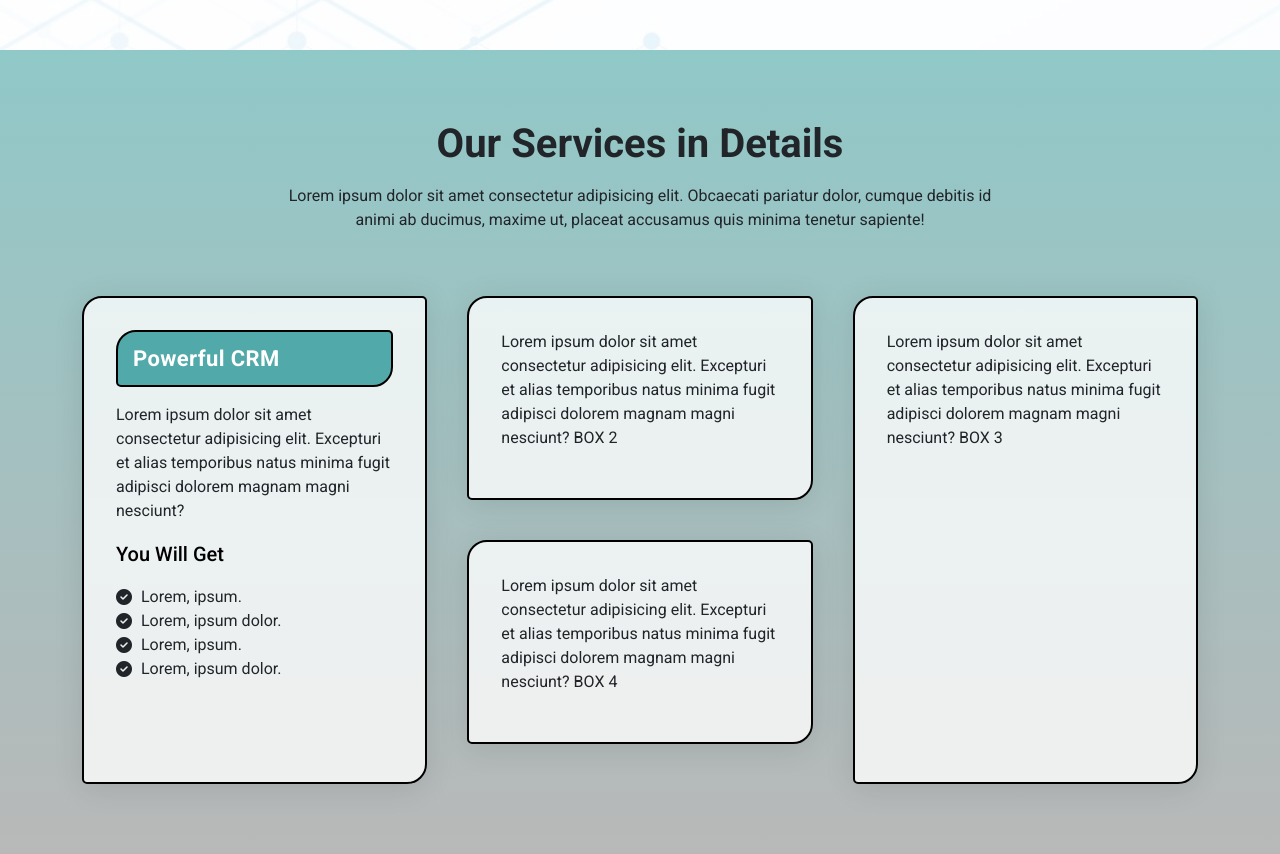
Repository: nazmulalok/landing-page-angelio
Page: index.html
The author's editor kept a copy of each file at every save. The page is drawn from the files as they stood at one save, then again after the next save.
The browser window is 1280 px wide. The pictures show the part of the page from y = 2012 to 2866 px (the page is 2866 px tall).
A picture or video elsewhere on the page could not be fetched, so the positions and the page height are approximate.

Above is the page before, as saved 2022-09-22 12:12:06.

### index.html
<!DOCTYPE html>
<html lang="en">

    <head>
        <meta charset="UTF-8">
        <meta http-equiv="X-UA-Compatible" content="IE=edge">
        <meta name="viewport" content="width=device-width, initial-scale=1.0">
        <title>Landing Page</title>
        <link rel="preconnect" href="https://fonts.googleapis.com">
        <link rel="preconnect" href="https://fonts.gstatic.com" crossorigin>
        <link rel="stylesheet" href="https://cdnjs.cloudflare.com/ajax/libs/font-awesome/6.2.0/css/all.min.css"
            integrity="sha512-xh6O/CkQoPOWDdYTDqeRdPCVd1SpvCA9XXcUnZS2FmJNp1coAFzvtCN9BmamE+4aHK8yyUHUSCcJHgXloTyT2A=="
            crossorigin="anonymous" referrerpolicy="no-referrer" />
        <link
            href="https://fonts.googleapis.com/css2?family=Roboto:ital,wght@0,300;0,400;0,500;0,700;0,900;1,300;1,400;1,500;1,700;1,900&display=swap"
            rel="stylesheet">
        <link href="https://cdn.jsdelivr.net/npm/bootstrap@5.2.0/dist/css/bootstrap.min.css" rel="stylesheet"
            integrity="sha384-gH2yIJqKdNHPEq0n4Mqa/HGKIhSkIHeL5AyhkYV8i59U5AR6csBvApHHNl/vI1Bx" crossorigin="anonymous">
        <link rel="stylesheet" href="style.css">
    </head>

    <body>
        <header>
            <nav>
                <div class="container">
                    <div class="row align-items-center">
                        <div class="col-lg-3">
                            <div class="logo">
                                <a href="/"><img src="images/angelio-logo.png" alt="Angelio Logo" width="250"
                                        height="66"></a>
                            </div>
                        </div>
                        <div class="col-lg-9 d-flex justify-content-end">
                            <ul>
                                <li><a href="/">Home</a></li>
                                <li><a href="/services.html">Services</a></li>
                                <li><a href="/about-us.html">About Us</a></li>
                                <li><a href="/contact.html">Contact</a></li>
                                <li class="nav-cta"><a href="tel:000-000-0000">Call Us</a></li>
                            </ul>
                        </div>
                    </div>
                </div>
            </nav>
        </header>
        <section class="sec-padding banner-sec">
            <div class="container">
                <div class="row align-items-center">
                    <div class="col-lg-7 order-lg-last">
                        <img src="images/angelio-digital-marketing.png" alt="">
                    </div>
                    <div class="col-lg-5">
                        <div class="large-heading">We Work in <span class="color-text">Digital</span> Way</div>
                        <p>Lorem, ipsum dolor sit amet consectetur adipisicing elit. Necessitatibus fuga alias deleniti
                            veniam at aspernatur.</p>
                        <div class="d-flex align-items-center mt-5"><a href="/contact-us" class="main-btn me-5">Get
                                Estimate</a>
                            <a href="/contact-us" class="play-btn"><i class="fas fa-play me-3"></i>Request Demo</a>
                        </div>
                    </div>
                </div>
            </div>
        </section>
        <section class="sec-padding">
            <div class="container">
                <div class="row justify-content-center">
                    <div class="col-md-8">
                        <div class="text-center">
                            <h1>
                                Our Best Digital Marketing Service
                            </h1>
                            <p>Lorem ipsum, dolor sit amet consectetur adipisicing elit. Placeat sunt
                                libero
                                tempore? Sed obcaecati a voluptate voluptates nam. Expedita, incidunt?</p>
                        </div>
                    </div>
                </div>
                <div class="row align-items-center mt-5">
                    <div class="col-lg-3">
                        <div class="service-box">
                            <div class="service-icon">
                                <img src="images/content-marketing.png" alt="Content Marketing">
                            </div>
                            <div class="service-content">
                                <a href="#">Content Marketing</a>
                                <p>Lorem ipsum dolor sit amet consectetur adipisicing elit. Fugiat, earum!</p>
                            </div>
                        </div>
                    </div>
                    <div class="col-lg-3">
                        <div class="service-box">
                            <div class="service-icon">
                                <img src="images/social-marketing.png" alt="Social Marketing">
                            </div>
                            <div class="service-content">
                                <a href="#">Social Marketing</a>
                                <p>Lorem ipsum dolor sit amet consectetur adipisicing elit. Fugiat, earum!</p>
                            </div>
                        </div>
                    </div>
                    <div class="col-lg-3">
                        <div class="service-box">
                            <div class="service-icon">
                                <img src="images/email-marketing.png" alt="Email Marketing">
                            </div>
                            <div class="service-content">
                                <a href="#">Email Marketing</a>
                                <p>Lorem ipsum dolor sit amet consectetur adipisicing elit. Fugiat, earum!</p>
                            </div>
                        </div>
                    </div>
                    <div class="col-lg-3">
                        <div class="service-box">
                            <div class="service-icon">
                                <img src="images/web-marketing.png" alt="Web Marketing">
                            </div>
                            <div class="service-content">
                                <a href="#">Web Marketing</a>
                                <p>Lorem ipsum dolor sit amet consectetur adipisicing elit. Fugiat, earum!</p>
                            </div>
                        </div>
                    </div>
                </div>
            </div>
        </section>
        <section class="sec-padding why-choose-sec">
            <div class="container">
                <div class="row align-items-center">
                    <div class="col-lg-6">
                        <div class="image-holder">
                            <img src="images/why-choose.jpg" alt="Why Choose Angelio">
                        </div>
                    </div>
                    <div class="col-lg-6">
                        <span class="arrow-text">Why Choose Us</span>
                        <h2>Why Working With <span class="color-text">ANGELIO</span>?</h2>
                        <p class="grey-color">Lorem ipsum dolor sit amet consectetur adipisicing elit. Quisquam
                            perspiciatis cupiditate atque ad labore laudantium ab hic, quaerat voluptas repellendus
                            aliquam. Maxime et recusandae nostrum cum labore, sint obcaecati doloremque.</p>
                        <div class="content-box d-flex align-items-center p-2 mb-3">
                            <img src="images/quality-lead.png" alt="Quality Lead">
                            <div class="ms-4">
                                <div class="content-heading">Quality Lead Generation</div>
                                <p class="grey-color mb-0">Lorem ipsum dolor sit amet consectetur adipisicing elit. Vel,
                                    distinctio
                                    delectus.
                                    Dicta distinctio obcaecati voluptatum.</p>
                            </div>
                        </div>
                        <div class="content-box d-flex align-items-center p-2 mb-3">
                            <img src="images/custom-web-design.png" alt="Custom Web Design">
                            <div class="ms-4">
                                <div class="content-heading">Custom Web Design</div>
                                <p class="grey-color mb-0">Lorem ipsum dolor sit amet consectetur adipisicing elit. Vel,
                                    distinctio
                                    delectus.
                                    Dicta distinctio obcaecati voluptatum.</p>
                            </div>
                        </div>
                        <div class="content-box d-flex align-items-center p-2 mb-3">
                            <img src="images/affordable-project-price.png" alt="Affordable Project Price">
                            <div class="ms-4">
                                <div class="content-heading">Affordable Project Price</div>
                                <p class="grey-color mb-0">Lorem ipsum dolor sit amet consectetur adipisicing elit. Vel,
                                    distinctio
                                    delectus.
                                    Dicta distinctio obcaecati voluptatum.</p>
                            </div>
                        </div>
                    </div>
                </div>
            </div>
        </section>
        <section class="sec-padding service-details-sec">
            <div class="container">
                <div class="row justify-content-center mb-5">
                    <div class="col-md-8">
                        <div class="text-center">
                            <h2>Our Services in Details</h2>
                            <p>Lorem ipsum dolor sit amet consectetur adipisicing elit. Obcaecati pariatur dolor, cumque
                                debitis id animi ab ducimus, maxime ut, placeat accusamus quis minima tenetur sapiente!
                            </p>
                        </div>
                    </div>
                </div>
                <div class="service-details-grid">
                    <div class="service-details-box main-service-card">
                        <div class="details-title">
                            Powerful CRM
                        </div>
                        <p>Lorem ipsum dolor sit amet consectetur adipisicing elit. Excepturi et alias temporibus natus
                            minima fugit adipisci dolorem magnam magni nesciunt?</p>
                        <div class="details-heading">
                            You Will Get
                        </div>
                        <ul class="check-list">
                            <li>Lorem, ipsum.</li>
                            <li>Lorem, ipsum dolor.</li>
                            <li>Lorem, ipsum.</li>
                            <li>Lorem, ipsum dolor.</li>
                        </ul>
                    </div>
                    <div class="service-details-box">

                        <p>Lorem ipsum dolor sit amet consectetur adipisicing elit. Excepturi et alias temporibus natus
                            minima fugit adipisci dolorem magnam magni nesciunt? BOX 2</p>
                    </div>
                    <div class="service-details-box main-service-card">

                        <p>Lorem ipsum dolor sit amet consectetur adipisicing elit. Excepturi et alias temporibus natus
                            minima fugit adipisci dolorem magnam magni nesciunt? BOX 3</p>
                    </div>
                    <div class="service-details-box">

                        <p>Lorem ipsum dolor sit amet consectetur adipisicing elit. Excepturi et alias temporibus natus
                            minima fugit adipisci dolorem magnam magni nesciunt? BOX 4</p>
                    </div>
                </div>
            </div>
        </section>


        <script src="https://cdn.jsdelivr.net/npm/bootstrap@5.2.0/dist/js/bootstrap.bundle.min.js"
            integrity="sha384-A3rJD856KowSb7dwlZdYEkO39Gagi7vIsF0jrRAoQmDKKtQBHUuLZ9AsSv4jD4Xa"
            crossorigin="anonymous"></script>
    </body>

</html>

### style.css
:root {
    --primary-color: #52a9a9;
    --secondary-color: #000000;
    --third-color: #575757d6;
    --main-font: 'Roboto', sans-serif;
}

body {
    font-family: var(--main-font);
}

nav {
    padding: 10px 0px;
    box-shadow: 0 1px 1px 1px #14477e2b;
}

nav ul {
    list-style-type: none;
    display: flex;
    justify-content: flex-end;
    margin: 0;
    padding: 0;
    align-items: center;
    gap: 20%;
    white-space: nowrap;
}

nav ul li a {
    color: #080808;
    text-decoration: none;
    display: block;
    position: relative;
    font-weight: 500;
    font-size: 17px;
}

nav ul li a:hover {
    color: #52a9a9;
}

li.nav-cta a {
    background: #008080ad;
    padding: 15px 40px;
    color: #fff;
    border-radius: 20px 5px;
    transition: all 0.3s ease;
}

li.nav-cta a:hover {
    background: #000;
    color: #fff;
    border-radius: 5px 20px;
    transition: all 0.3s ease;
}

li.nav-cta a:before {
    content: "";
    width: 0%;
    height: 0px;
    position: absolute;
    left: 0;
    bottom: 0;
    transition: none;
    transform: none;
    background: none;
    transform-origin: 0%;
}

li.nav-cta a:hover:before {
    transform: none;
    transform-origin: 0%;
}

nav ul li a:before {
    content: "";
    width: 100%;
    height: 2px;
    position: absolute;
    left: 0;
    bottom: 0;
    transition: 0.4s transform ease;
    transform: scale3d(0, 1, 1);
    background: #52a9a9;
    transform-origin: 100% 50%;
}

nav ul li a:hover::before {
    transform: scale3d(1, 1, 1);
    transform-origin: 0 50%;
}

.sec-padding {
    padding: 70px 0px;
}

.banner-sec {
    background-image: linear-gradient(rgb(82 169 169 / 5%), rgb(82 169 169 / 10%));
    background-size: cover;
    background-position: center;
}

.banner-sec img {
    width: 100%;
}

.large-heading {
    font-size: 80px;
    color: #000;
    font-weight: 600;
    letter-spacing: 0.8px;
    line-height: normal;
    margin-bottom: 25px;
}

.banner-sec p {
    font-size: 18px;
}

.color-text {
    color: var(--primary-color);
}

a.main-btn {
    color: #fff;
    background: #52a9a9;
    padding: 15px 40px;
    font-weight: 500;
    font-size: 18px;
    text-decoration: none;
    border-radius: 20px 5px;
    transition: all 0.3s ease;
}

a.main-btn:hover {
    background: #000;
    color: #fff;
    border-radius: 5px 20px;
    transition: all 0.3s ease;
}

a.play-btn {
    display: inline-flex;
    align-items: center;
    justify-content: center;
    color: #000;
    text-decoration: none;
    font-weight: 500;
    font-size: 18px;
}

.play-btn .fa-play {
    width: 40px;
    height: 40px;
    color: #fff;
    font-size: 20px;
    background: #000;
    display: inline-flex;
    align-items: center;
    justify-content: center;
    border-radius: 50%;
    transition: all 0.3s ease;
}

.play-btn:hover i {
    background: var(--primary-color);
}

/* Headings */

h1 {
    font-size: 44px;
}

h2 {
    font-size: 40px;
}

h3 {
    font-size: 36px;
}

h4 {
    font-size: 32px;
}

h5 {
    font-size: 28px;
}

h6 {
    font-size: 24px;
}

h1,
h2,
h3,
h4,
h5,
h6 {
    margin-bottom: 1rem;
    font-weight: 700;
}

/* Service Box */

.service-box {
    position: relative;
    background: rgb(197 214 214 / 20%);
    padding: 40px 30px;
    box-shadow: 0px -6px 10px white, 0px 4px 15px rgb(0 0 0 / 27%);
    border: 1px solid #00000030;
    border-radius: 5px;
}

.service-box:after {
    position: absolute;
    content: "";
    height: 20%;
    width: 20%;
    bottom: 5px;
    right: 5px;
    border-bottom-right-radius: 5px;
    border-bottom: 5px solid var(--primary-color);
    border-right: 5px solid var(--primary-color);
    transition: all 1s ease;
}

.service-box:hover:after {
    height: 30%;
    width: 30%;
    bottom: 5px;
    right: 5px;
    border-bottom-right-radius: 5px;
    border-bottom: 5px solid var(--primary-color);
    border-right: 5px solid var(--primary-color);
    transition: all 1s ease;
}

.service-box .service-icon {
    width: 80px;
    height: 80px;
    margin-bottom: 10px;
}

.service-box .service-icon img {
    width: 65px;
}

.service-box .service-content a {
    display: inline-block;
    color: #000;
    font-size: 20px;
    font-weight: 600;
    text-decoration: none;
    margin-bottom: 8px;
}

.service-box:hover .service-content a {
    color: var(--primary-color);
}

.service-box .service-content p {
    color: var(--third-color);
}

/* Why Choose Section */

.why-choose-sec {
    background-image: linear-gradient(to right, rgb(255 255 255 / 75%), rgb(255 255 255 / 75%)), url(images/why-choose-bg.jpg);
    background-repeat: no-repeat;
    background-size: cover;
}

span.arrow-text {
    display: inline-block;
    font-size: 25px;
    color: var(--primary-color);
    font-weight: 600;
    margin-bottom: 5px;
    position: relative;
    padding-left: 50px;
}

span.arrow-text:before {
    content: "";
    background: url(images/right-arrow.png);
    width: 35px;
    height: 35px;
    background-size: cover;
    top: 2px;
    left: 0px;
    position: absolute;
}

.grey-color {
    color: var(--third-color);
}

.content-box {
    border: 1px solid var(--primary-color);
    border-radius: 5px;
    box-shadow: 0px -6px 10px white, 0px 4px 15px rgb(0 0 0 / 27%);
    background: #fff;
}

.content-box img {
    width: 80px;
    border: 1px solid var(--primary-color);
    padding: 5px;
    border-radius: 5px;
}

.content-box .content-heading {
    font-size: 22px;
    color: var(--primary-color);
    font-weight: 500;
    margin-bottom: 5px;
}

/* Image Holder */

.image-holder {
    transition: all 0.3s ease;
    text-align: center;
}

.image-holder img {
    border-radius: 5px;
    max-width: 100%;
}

/* Service Details Box */

.service-details-sec {
    background-image: linear-gradient(rgb(82 169 169 / 64%), rgb(1 1 1 / 28%));
}

.service-details-grid {
    display: grid;
    width: 100%;
    grid-auto-columns: 1fr;
    grid-gap: 40px;
    grid-template-columns: 1fr 1fr 1fr;
    grid-template-rows: auto auto;
    /* -webkit-transition: all 0.3s ease-in-out; */
    transition: all 0.3s ease-in-out;
}

.service-details-box {
    padding: 2rem;
    background: #ffffffc7;
    border-radius: 20px 5px;
    box-shadow: 0 4px 30px rgb(0 0 0 / 10%);
    border: 2px solid #000;
}

.main-service-card {
    grid-row-end: span 3;
}

.service-details-icon i {
    width: 45px;
    height: 45px;
    font-size: 22px;
    background: #52a9a959;
    display: flex;
    justify-content: center;
    align-items: center;
    border: 1px solid rgb(0 0 0 / 94%);
    border-radius: 15px;
    color: #000000db;
}

.service-details-box .details-title {
    font-size: 22px;
    font-weight: 600;
    letter-spacing: 0.4px;
    margin-bottom: 1rem;
    color: #fff;
    background: #52a9a9;
    padding: 10px 15px;
    border-radius: 20px 5px;
    border: 2px solid #000;
}

.service-details-box .details-heading {
    font-size: 20px;
    color: #000;
    font-weight: 500;
    margin-bottom: 1rem;
}

.check-list {
    position: relative;
    margin: 0px;
    list-style-type: none;
    padding-left: 0;
}

.check-list li {
    position: relative;
    padding-left: 25px;
}

.check-list li:before {
    position: absolute;
    top: 0;
    left: 0;
    content: "\f058";
    font-family: 'fontawesome';
}

After the next save:
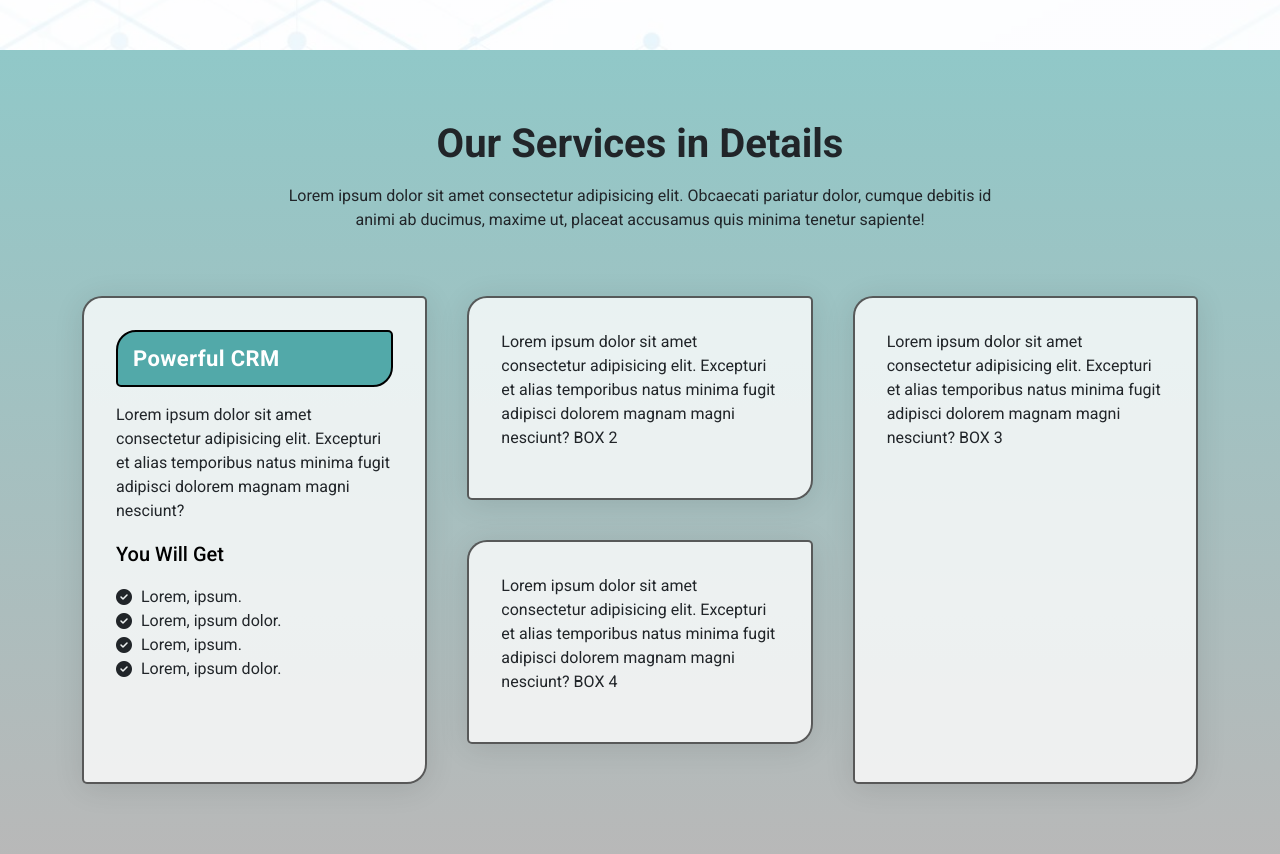
Saved 90 s later.
--- a/style.css
+++ b/style.css
@@ -348,10 +348,10 @@ span.arrow-text:before {
 
 .service-details-box {
     padding: 2rem;
-    background: #ffffffc7;
+    background: rgba(255, 255, 255, 0.78);
     border-radius: 20px 5px;
-    box-shadow: 0 4px 30px rgb(0 0 0 / 10%);
-    border: 2px solid #000;
+    box-shadow: rgba(0, 0, 0, 0.1) 0px 4px 30px;
+    border: 2px solid rgb(0 0 0 / 63%);
 }
 
 .main-service-card {
